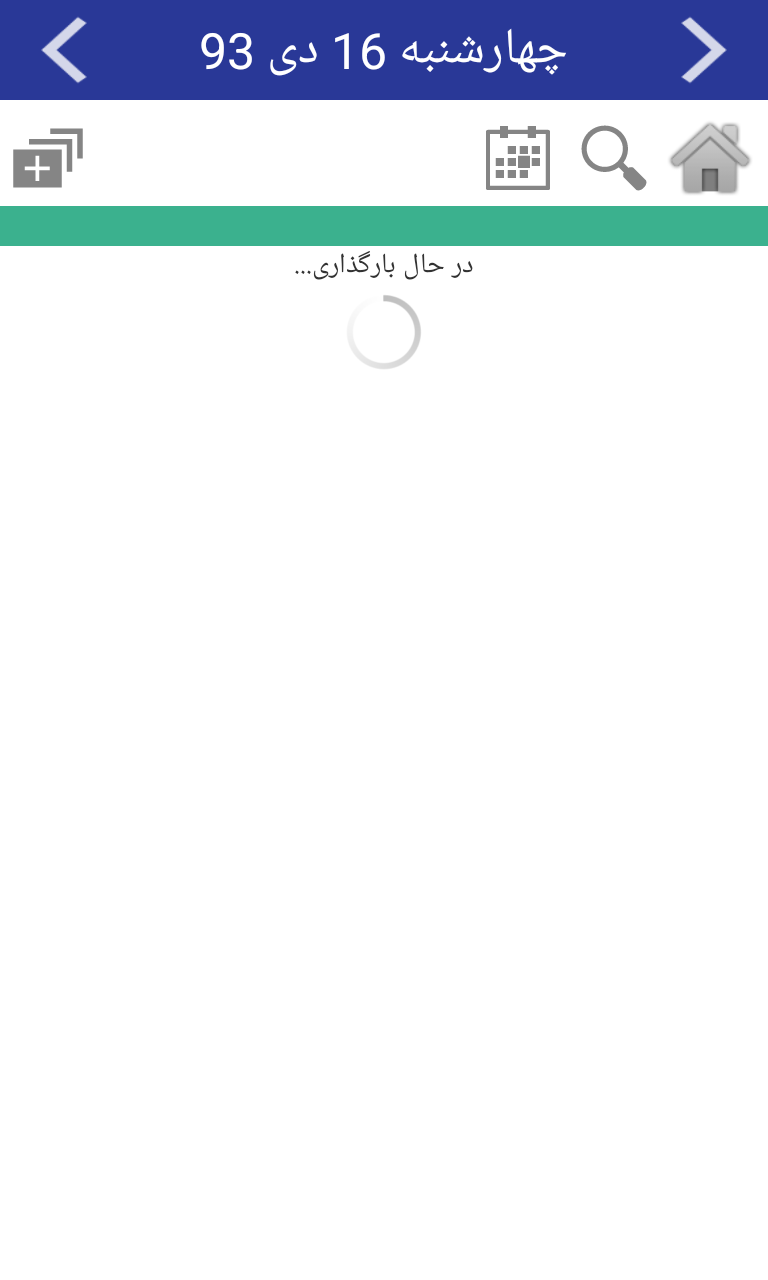
Repository: AtiehPardaz/CRM-Mobile
Layout: Crm-Mobile/res/layout/activity_customer_list.xml
These files come from the project's save history. The layout is drawn as it stood at one moment and after the next save; the edit follows.
It is drawn on a 768 x 1280 px phone screen (xhdpi) without system bars, with theme android:Theme.Holo.Light.NoActionBar.Fullscreen; the app's code is not run. Lists and similar views that code fills are empty.

Above is the layout before, as saved 2015-02-23 14:59:40.

### Crm-Mobile/res/layout/activity_customer_list.xml
<?xml version="1.0" encoding="utf-8"?>
<LinearLayout xmlns:android="http://schemas.android.com/apk/res/android"
    android:layout_width="match_parent"
    android:layout_height="match_parent"
    android:orientation="vertical" >

    <LinearLayout
        android:layout_width="match_parent"
        android:layout_height="50dp"
        android:background="@color/blue_titlecolor"
        android:gravity="center"
        android:orientation="horizontal" >

        <ImageButton
            android:id="@+id/imageButton1"
            android:layout_width="wrap_content"
            android:layout_height="wrap_content"
            android:background="@drawable/ic_action_back_item" />

        <View
            android:id="@+id/View04"
            android:layout_width="0dp"
            android:layout_height="0dp"
            android:layout_weight="1" />

        <TextView
            android:id="@+id/tv_title_monthview_taskaction"
            android:layout_width="wrap_content"
            android:layout_height="wrap_content"
            android:layout_gravity="center"
            android:text="چهارشنبه 16 دی 93"
            android:textAppearance="?android:attr/textAppearanceLarge"
            android:textColor="#ffffff"
            android:textSize="25sp" />

        <View
            android:id="@+id/View03"
            android:layout_width="0dp"
            android:layout_height="0dp"
            android:layout_weight="1" />

        <ImageButton
            android:id="@+id/imageButton2"
            android:layout_width="wrap_content"
            android:layout_height="wrap_content"
            android:background="@drawable/ic_action_next_item" />

    </LinearLayout>

    <View
        android:id="@+id/View02"
        android:layout_width="0dp"
        android:layout_height="5dp" />

    <LinearLayout
        android:layout_width="match_parent"
        android:layout_height="wrap_content"
        android:layout_gravity="right|center"
        android:gravity="right|center"
        android:orientation="horizontal" >

        <ImageButton
            android:id="@+id/btn_add_taskaction"
            android:layout_width="48dp"
            android:layout_height="48dp"
            android:background="@drawable/ic_action_add_to_queue" />

        <View
            android:id="@+id/View05"
            android:layout_width="0dp"
            android:layout_height="0dp"
            android:layout_weight="1" />

        <ImageButton
            android:id="@+id/btn_monthviewlist_taskaction"
            android:layout_width="48dp"
            android:layout_height="48dp"
            android:layout_gravity="center"
            android:background="@drawable/taghvim" />

        <ImageButton
            android:id="@+id/btn_search_taskaction"
            android:layout_width="48dp"
            android:layout_height="48dp"
            android:layout_gravity="center"
            android:background="@drawable/search" />

        <ImageButton
            android:id="@+id/btn_home_taskaction"
            android:layout_width="48dp"
            android:layout_height="48dp"
            android:layout_marginRight="5dp"
            android:background="@drawable/home" />

    </LinearLayout>

    <LinearLayout
        android:layout_width="match_parent"
        android:layout_height="wrap_content"
        android:background="@color/bg_action_green"
        android:orientation="vertical" >

        <View
            android:id="@+id/View01"
            android:layout_width="0dp"
            android:layout_height="20dp"
            android:layout_weight="2" />

    </LinearLayout>

    <LinearLayout
        android:id="@+id/LinearLayout1"
        android:layout_width="match_parent"
        android:layout_height="match_parent"
        android:layout_gravity="center"
        android:gravity="center"
        android:orientation="vertical" >

        <LinearLayout
            android:id="@+id/ll_loading_taskaction"
            android:layout_width="wrap_content"
            android:layout_height="wrap_content"
            android:orientation="vertical"
            android:visibility="visible" >

            <TextView
                android:id="@+id/tv_loadin_taskaction"
                android:layout_width="wrap_content"
                android:layout_height="wrap_content"
                android:gravity="center"
                android:text="در حال بارگذاری..."
                android:visibility="visible" />

            <ProgressBar
                android:id="@+id/progressBar1_taskaction"
                android:layout_width="wrap_content"
                android:layout_height="wrap_content"
                android:layout_gravity="center" />
        </LinearLayout>

        <ListView
            android:id="@+id/lv_task_action"
            android:layout_width="fill_parent"
            android:layout_height="wrap_content"
            android:layout_weight="1"
            android:focusable="false"
            android:visibility="visible" >
        </ListView>
    </LinearLayout>

</LinearLayout>

### Crm-Mobile/res/values/colors.xml
<?xml version="1.0" encoding="utf-8"?>
<resources>

    <color name="first_row_text_color">#000000</color>
    <color name="holidays_text_color">#FF0000</color>
    <color name="first_row_background_color">#DDDDDD</color>

    <!-- solely used on QiblaCompassView -->
    <color name="background_color">#6E97B9</color>
    <color name="marker_color">#FFFFFF</color>
    <color name="text_color">#000000</color>
    <color name="bg_action_green">#3BB18E</color>
    <color name="bg_action_gray"> #dddddd</color>
    <color name="white_color"> #ffffff</color>
    <color name="blue_titlecolor"> #293897</color>

</resources>

After the next save:
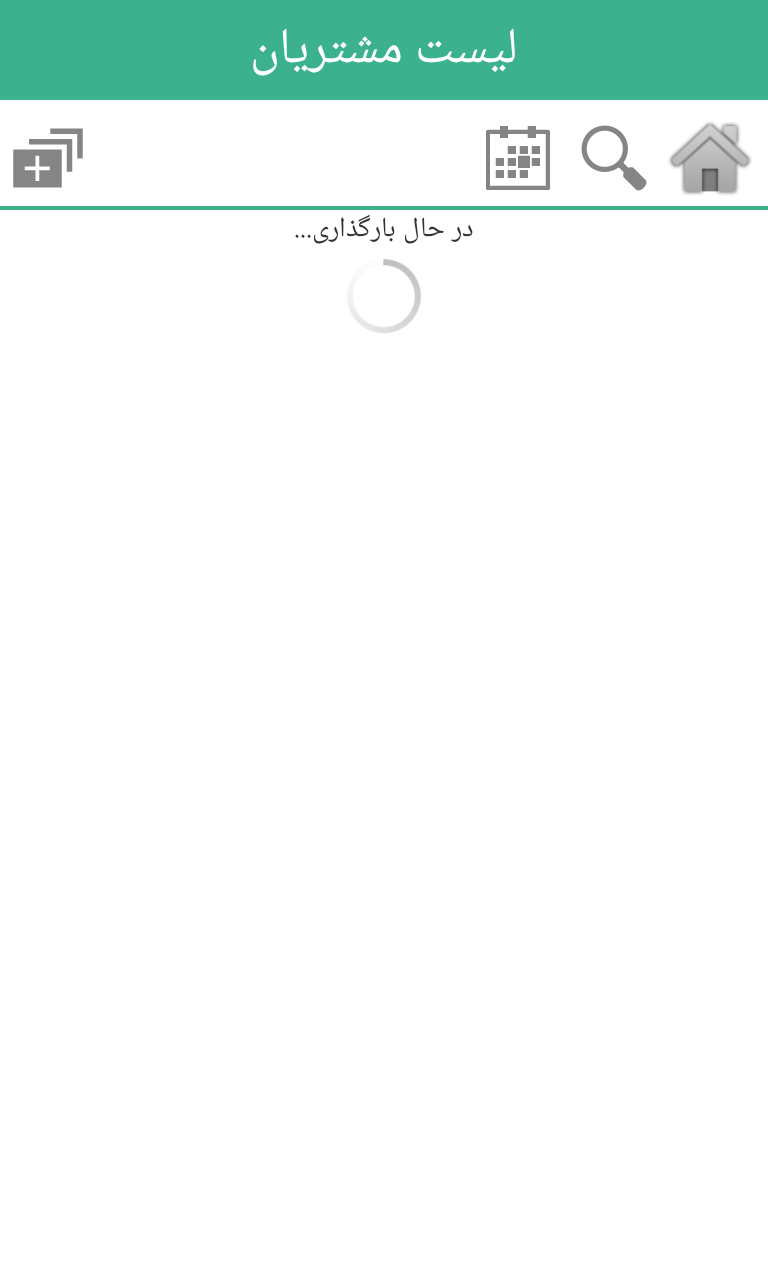
Saved 14 min 11 s later.
--- a/Crm-Mobile/res/layout/activity_customer_list.xml
+++ b/Crm-Mobile/res/layout/activity_customer_list.xml
@@ -7,43 +7,19 @@
     <LinearLayout
         android:layout_width="match_parent"
         android:layout_height="50dp"
-        android:background="@color/blue_titlecolor"
+        android:background="@color/bg_action_green"
         android:gravity="center"
         android:orientation="horizontal" >
-
-        <ImageButton
-            android:id="@+id/imageButton1"
-            android:layout_width="wrap_content"
-            android:layout_height="wrap_content"
-            android:background="@drawable/ic_action_back_item" />
-
-        <View
-            android:id="@+id/View04"
-            android:layout_width="0dp"
-            android:layout_height="0dp"
-            android:layout_weight="1" />
 
         <TextView
             android:id="@+id/tv_title_monthview_taskaction"
             android:layout_width="wrap_content"
             android:layout_height="wrap_content"
             android:layout_gravity="center"
-            android:text="چهارشنبه 16 دی 93"
+            android:text="لیست مشتریان"
             android:textAppearance="?android:attr/textAppearanceLarge"
             android:textColor="#ffffff"
             android:textSize="25sp" />
-
-        <View
-            android:id="@+id/View03"
-            android:layout_width="0dp"
-            android:layout_height="0dp"
-            android:layout_weight="1" />
-
-        <ImageButton
-            android:id="@+id/imageButton2"
-            android:layout_width="wrap_content"
-            android:layout_height="wrap_content"
-            android:background="@drawable/ic_action_next_item" />
 
     </LinearLayout>
 
@@ -60,7 +36,7 @@
         android:orientation="horizontal" >
 
         <ImageButton
-            android:id="@+id/btn_add_taskaction"
+            android:id="@+id/btn_add_customerlist"
             android:layout_width="48dp"
             android:layout_height="48dp"
             android:background="@drawable/ic_action_add_to_queue" />
@@ -72,21 +48,21 @@
             android:layout_weight="1" />
 
         <ImageButton
-            android:id="@+id/btn_monthviewlist_taskaction"
+            android:id="@+id/btn_monthviewlist_customerlist"
             android:layout_width="48dp"
             android:layout_height="48dp"
             android:layout_gravity="center"
             android:background="@drawable/taghvim" />
 
         <ImageButton
-            android:id="@+id/btn_search_taskaction"
+            android:id="@+id/btn_search_customelist"
             android:layout_width="48dp"
             android:layout_height="48dp"
             android:layout_gravity="center"
             android:background="@drawable/search" />
 
         <ImageButton
-            android:id="@+id/btn_home_taskaction"
+            android:id="@+id/btn_home_customerlist"
             android:layout_width="48dp"
             android:layout_height="48dp"
             android:layout_marginRight="5dp"
@@ -103,8 +79,31 @@
         <View
             android:id="@+id/View01"
             android:layout_width="0dp"
-            android:layout_height="20dp"
+            android:layout_height="2dp"
             android:layout_weight="2" />
+
+        <LinearLayout
+            android:id="@+id/ll_search_customerlist"
+            android:layout_width="match_parent"
+            android:layout_height="wrap_content"
+            android:layout_weight="2"
+            android:visibility="gone" >
+
+            <ImageButton
+                android:id="@+id/imgbtn_clearsearch_customerlist"
+                android:layout_width="32dp"
+                android:layout_height="32dp"
+                android:background="@drawable/cancel" />
+
+            <EditText
+                android:id="@+id/et_search_customerlist"
+                android:layout_width="match_parent"
+                android:layout_height="wrap_content"
+                android:layout_weight="2"
+                android:ems="10"
+                android:gravity="right" />
+
+        </LinearLayout>
 
     </LinearLayout>
 
